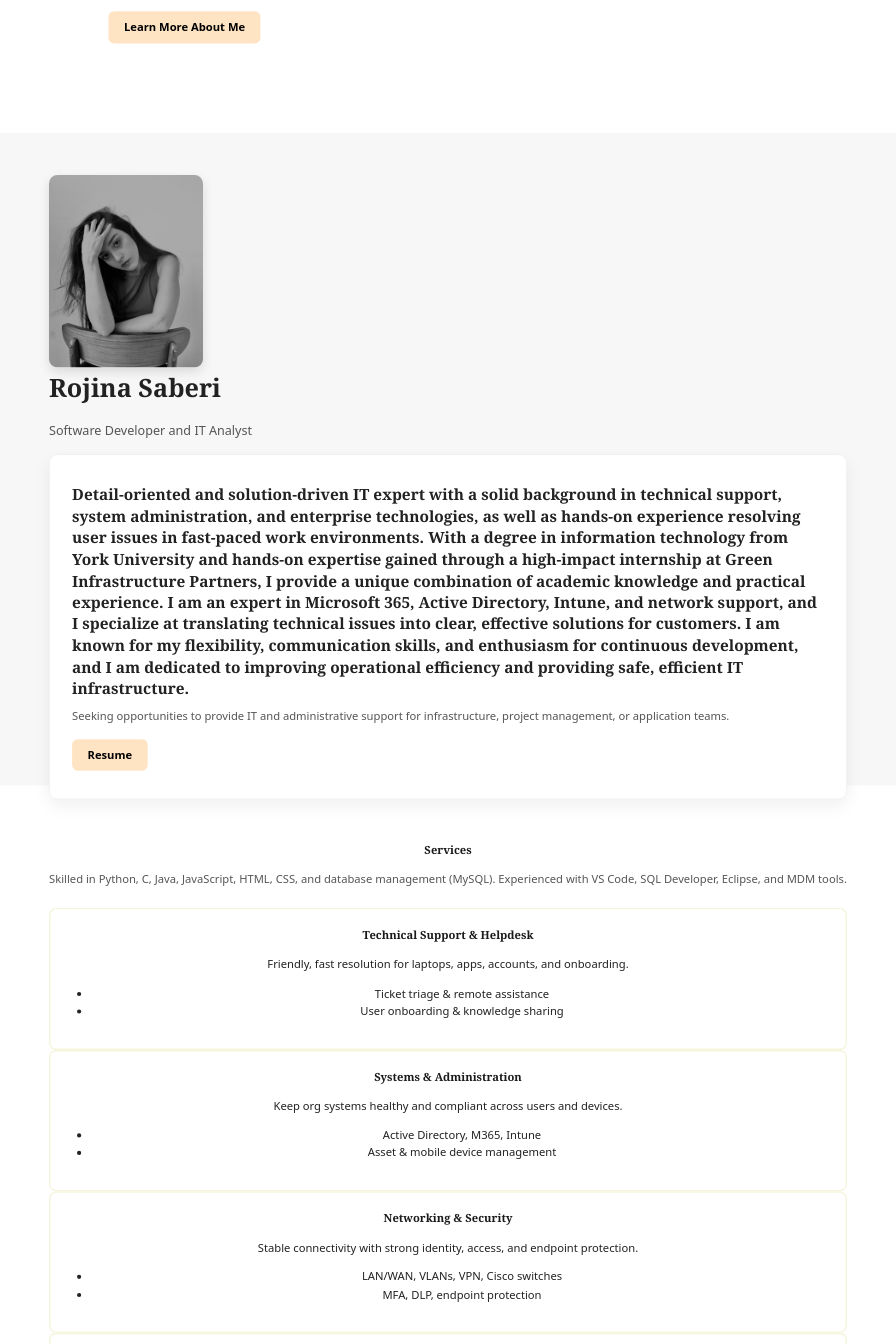
Repository: rozhinasaberi/MyPortfolio
Page: / (app in client/)
An editor plug-in stored every save of this project. The page is shown before and after the next save, followed by the edit.
The browser window is 1280 px wide. The pictures show the part of the page from y = 460 to 2380 px (the page is 5361 px tall before and 5401 px after), at 70% of full size.
The project was rebuilt for these pictures with package versions that can differ from the ones it lists, and the page was loaded fresh each time.

Above is the page before, as saved 2025-09-17 06:30:55.

### client/index.html
<!doctype html>
<html lang="en">
  <head>
    <meta charset="UTF-8" />
    <link rel="icon" type="image/svg+xml" href="/vite.svg" />
    <meta name="viewport" content="width=device-width, initial-scale=1.0" />
    <title>Vite + React</title>
  </head>
  <body>
    <div id="root"></div>
    <script type="module" src="/src/main.jsx"></script>
    <script src="https://cdn.jsdelivr.net/npm/bootstrap@5.2.3/dist/js/bootstrap.bundle.min.js" crossorigin="anonymous"></script>

  </body>
</html>

### client/src/main.jsx
import React from "react";
import ReactDOM from "react-dom/client";
import App from "./App.jsx";
import "./App.css"; // ✅ make sure CSS is loaded

ReactDOM.createRoot(document.getElementById("root")).render(
  <React.StrictMode>
    <App />
  </React.StrictMode>
);

### client/src/App.jsx
import React from "react";
import logo from "./assets/logo.png";
import photo from "./assets/photo.jpg";
import "./App.css";
import shop from "./assets/shop.png";
import bloodbank from "./assets/bloodbank.png";
import price from "./assets/price.png";


export default function App() {
  return (
    <>
      {/* ===== Navbar ===== */}
      <header id="header" className="fixed-top">
        <nav className="navbar container">
          {/* Logo */}
          <a href="#home" className="navbar-brand d-flex align-items-center gap-2">
            <img src="src/assets/logo.png" alt="Rojina Logo" style={{ height: 40 }} />
            <span className="brand-text"></span>
          </a>

          <ul className="nav ms-auto">
            <li className="nav-item"><a className="nav-link" href="#home">Home</a></li>
            <li className="nav-item"><a className="nav-link" href="#about">About Me</a></li>
            <li className="nav-item"><a className="nav-link" href="#services">Services</a></li>
            <li className="nav-item"><a className="nav-link" href="#projects">Projects</a></li>
            <li className="nav-item"><a className="nav-link" href="#form">Contact</a></li>
          </ul>
        </nav>
      </header>

      {/* ===== Hero Section ===== */}
      <section id="home" className="home">
        <div className="container h-100">
          <div className="row h-100 hero-row">
            {/* Photo Left */}
            <div className="container">
    <h1>Welcome to My Portfolio</h1>
    <p className="lead">
      Hi, I’m <strong>Rojina Saberi</strong>. I want to contribute my abilities to a forward thinking firm that values innovation, cooperation, and growth.
    </p>
    <p className="mission"> My mission is to leverage technology to create impactful, efficient, and meaningful digital experiences.

    </p>
    <a href="#about" className="btn btn-visitpage">
      Learn More About Me
    </a>
  </div>
          </div>
        </div>
      </section>
      <section id="home" className="home-section text-center">

</section>

{/* ABOUT Section */}
<section id="about" className="aboutsection about-stack">
  <div className="container">
    <div className="about-stack-inner">
      {/* Photo TOP */}
      <img src="src/assets/photo.jpg" alt="Rojina" className="hero-photo" />

      {/* Name */}
      <h1 className="hero-title">Rojina Saberi</h1>

      {/* Short subtitle */}
      <p className="hero-subtitle">Software Developer and IT Analyst</p>

      {/* Socials */}
      <div className="list-social">
        <a href="#"><i className="bi bi-facebook"></i></a>
        <a href="#"><i className="bi bi-twitter"></i></a>
        <a href="https://www.linkedin.com/in/rojinasaberi/"><i className="bi bi-linkedin"></i></a>
      </div>
    </div>

    {/* About container below profile */}
    <div className="about-container">
      <h2>
      Detail-oriented and solution-driven IT expert with a solid background in technical support, system administration, and enterprise
technologies, as well as hands-on experience resolving user issues in fast-paced work environments. With a degree in information
technology from York University and hands-on expertise gained through a high-impact internship at Green Infrastructure
Partners, I provide a unique combination of academic knowledge and practical experience. I am an expert in Microsoft 365,
Active Directory, Intune, and network support, and I specialize at translating technical issues into clear, effective solutions for
customers. I am known for my flexibility, communication skills, and enthusiasm for continuous development, and I am dedicated
to improving operational efficiency and providing safe, efficient IT infrastructure.
      </h2>
      <p>
        Seeking opportunities to provide IT and administrative support for infrastructure,
        project management, or application teams.
      </p>
      <a href="src/assets/Rojina-Saberi.pdf (1).pdf" className="btn-visitpage">Resume</a>
    </div>
  </div>
</section>



      {/* ===== Skills Section ===== */}
      <section id="services" className="Servicesection">
        <div className="container text-center">
          <h4 className="h4-heading">Services</h4>
          <p className="p-heading">
            Skilled in Python, C, Java, JavaScript, HTML, CSS, and database management (MySQL).
            Experienced with VS Code, SQL Developer, Eclipse, and MDM tools.
          </p>

          <div className="row g-3">
            <div className="col-md-3"><div className="text-box"><h4>Technical Support & Helpdesk</h4><p>Friendly, fast resolution for laptops, apps, accounts, and onboarding.</p>
          <ul>
            <li>Ticket triage & remote assistance</li>
            <li>User onboarding & knowledge sharing</li>
          </ul></div></div>
            <div className="col-md-3"><div className="text-box"><h4>Systems & Administration</h4> <p>Keep org systems healthy and compliant across users and devices.</p>
          <ul>
            <li>Active Directory, M365, Intune</li>
            <li>Asset & mobile device management</li>
          </ul></div></div>
            <div className="col-md-3"><div className="text-box"><h4>Networking & Security</h4><p>Stable connectivity with strong identity, access, and endpoint protection.</p>
          <ul>
            <li>LAN/WAN, VLANs, VPN, Cisco switches</li>
            <li>MFA, DLP, endpoint protection</li>
          </ul></div></div>
            <div className="col-md-3"><div className="text-box"><h4>Data & Cloud </h4><p>Backups, BI, and cloud services to keep your data useful and safe.</p>
          <ul>
            <li>Azure/AWS/GCP basics, VMware</li>
            <li>Backups, security, and BI dashboards</li>
          </ul></div></div>
          <div className="col-md-3"><div className="text-box"><h4>Software Development</h4><p>From scripts to web apps with clean APIs and secure data access.</p>
          <ul>
            <li>Python, Java, JavaScript (React/Node)</li>
            <li>MySQL/Oracle/MongoDB, REST APIs</li>
          </ul></div></div>
          <div className="col-md-3"><div className="text-box"><h4>Networking & Security</h4><p>Stable connectivity with strong identity, access, and endpoint protection.</p>
          <ul>
            <li>LAN/WAN, VLANs, VPN, Cisco switches</li>
            <li>MFA, DLP, endpoint protection</li>
          </ul></div></div>
          <div className="col-md-3"><div className="text-box"><h4>Documentation & Process</h4><p>Clear docs and Agile habits so teams move quickly and consistently.</p>
          <ul>
            <li>Runbooks, SOPs, A/B fixes & retros</li>
            <li>JIRA, ServiceNow, Notion, MS Project</li>
          </ul></div></div>

          </div>
        </div>
      </section>

      {/* ===== Projects Section ===== */}
      <section id="projects" className="Projectsection">
  <div className="container">
    <h2 className="h2-heading">Delivered Projects</h2>
    <p className="p-heading">Here are some of the projects I’ve worked on, with my role and the outcomes.</p>

    <div className="row g-4">
      {/* Project 1 */}
      <div className="col-lg-4 col-md-6">
        <div className="card project-card">
          <img src={shop} className="card-img-top" alt="Sticker Shop" />
          <div className="card-body">
            <h5 className="card-title">Online Shop for Emily's Stickers</h5>
            <p className="card-text">
              <strong>My Role:</strong> Designed and coded the frontend using HTML/CSS.
              <br />
              <strong>Outcome:</strong> Delivered a fully functional static site for product browsing.
            </p>
            <a href="https://rozhinasaberi.github.io/ITEC3020a1/" className="btn btn-visitpage">Visit Shop</a>
          </div>
        </div>
      </div>

      {/* Project 2 */}
      <div className="col-lg-4 col-md-6">
        <div className="card project-card">
          <img src={bloodbank} className="card-img-top" alt="Blood Bank" />
          <div className="card-body">
            <h5 className="card-title">Blood Bank Management System</h5>
            <p className="card-text">
              <strong>My Role:</strong> Gathered requirements, created UML diagrams, and managed Agile sprints.
              <br />
              <strong>Outcome:</strong> Produced system documentation and functional specifications.
            </p>
            <a href="src/assets/Project_07_Full Plan_WomenInTech.docx.pdf" className="btn btn-visitpage">Download Project</a>
          </div>
        </div>
      </div>

      {/* Project 3 */}
      <div className="col-lg-4 col-md-6">
        <div className="card project-card">
          <img src={price} className="card-img-top" alt="McDonald's Data Analysis" />
          <div className="card-body">
            <h5 className="card-title">Consumer Preferences & Pricing Strategies</h5>
            <p className="card-text">
              <strong>My Role:</strong> Data cleaning, clustering, and Python UI design.
              <br />
              <strong>Outcome:</strong> Delivered insights on pricing strategies using classification models.
            </p>
            <a href="src/assets/ITEC 4230 Report.pdf" className="btn btn-visitpage">Download Report</a>
          </div>
        </div>
      </div>
    </div>
  </div>
</section>


      {/* ===== Contact Section ===== */}
      <section id="form">
        <div className="container">
          <h2 className="text-center mb-4">Let’s be in touch!</h2>
          <form onSubmit={(e) => e.preventDefault()} className="mx-auto" style={{ maxWidth: 720 }}>
            <div className="mb-3">
              <label htmlFor="fname" className="form-label">First Name</label>
              <input type="text" className="form-control" id="fname" placeholder="Your name.." />
            </div>
            <div className="mb-3">
              <label htmlFor="lname" className="form-label">Last Name</label>
              <input type="text" className="form-control" id="lname" placeholder="Your last name.." />
            </div>
            <div className="mb-3">
              <label htmlFor="country" className="form-label">Country</label>
              <select id="country" className="form-select" defaultValue="canada">
                <option value="canada">Canada</option>
                <option value="uk">UK</option>
                <option value="usa">USA</option>
              </select>
            </div>
            <div className="mb-3">
              <label htmlFor="subject" className="form-label">Message</label>
              <textarea id="subject" className="form-control" placeholder="Write something.." rows="5"></textarea>
            </div>
            <button type="submit" className="btn btn-visitpage">Send</button>
          </form>
        </div>
      </section>
    </>
  );
}

### client/src/App.css

:root {
  --header-h: 70px;
  --accent: bisque;
  --text: #222;
  --muted: #555;
  --bg: #fff;
  --bg-soft: #f7f7f7;
  --bg-alt: #fafafa;
}

* { box-sizing: border-box; }
html, body { height: 100%; }

body {
  margin: 0;
  font-family: "Poppins", system-ui, -apple-system, Segoe UI, Roboto, Arial, sans-serif;
  color: var(--text);
  background: var(--bg);
  line-height: 1.6;
  padding-top: var(--header-h);
}

h1, h2, h3, h4 {
  font-family: "Playfair Display", Georgia, serif;
  color: #1a1a1a;
  margin: 0 0 .5rem 0;
}

.container { max-width: 1140px; }

 /* Header and Navbar*/
#header {
  position: fixed;
  top: 0; left: 0; right: 0;
  height: var(--header-h);
  background: var(--accent);
  display: flex;
  align-items: center;
  z-index: 1000;
  box-shadow: 0 2px 8px rgba(0,0,0,.08);
}

.logo img {
  max-height: 40px; }

.navbar ul {

  margin: 0; padding: 0;
  list-style: none;
  display: flex; align-items: center; gap: 18px;
}

.navbar a, .nav-link {

  margin-left: 20px;
  text-decoration: none;
  font-size: 14px;
  font-weight: 600;
  color: #444 !important;
  transition: color .2s ease;
}
.navbar a:hover { color: #000 !important; }

/*  Home and headshot */
.home {

  display: flex;
  min-height: 100vh;
  align-items: center;
  justify-content: center;


}
.home-section {
  background: #fafafa;
  margin-top: -100px;

}

.home-section h1 {
  font-size: 36px;
  margin-bottom: 16px;
  color: #222;
}

.home-section .lead {
  font-size: 18px;
  color: #555;
  margin-bottom: 20px;
}

.home-section .mission {
  font-size: 16px;
  font-style: italic;
  color: #444;
  margin-bottom: 30px;
}

.home-section .btn-visitpage {
  background: bisque;
  border-radius: 8px;
  padding: 12px 24px;
  font-weight: bold;
}
 /* headshot */
.hero-photo {
  max-width: 220px;
  width: 100%;
  height: auto;
  border-radius: 12px;
  margin: 20 auto 20px auto;
  display: block;
  object-fit: cover;
  box-shadow: 0 6px 16px rgba(0,0,0,.12);
}


.hero-title {
  font-size: clamp(28px, 4vw, 36px);
  font-weight: 700;
  color: #222;
  margin-bottom: 8px;
}
.hero-subtitle {
  font-size: 18px;
  color: #555;
  margin-bottom: 20px;
}


.list-social { display: flex; gap: 14px; }
.list-social a {
  font-size: 20px;
  color: #333 !important;
  text-decoration: none;
}
.list-social a:hover { color: #000 !important; }

/*  About  */
.aboutsection {
  background: var(--bg-soft);
  min-height: 100vh;
  display: flex;
  align-items: center;
  justify-content: center;
  padding: 60px 0;
  margin-top: -140px;

}

.about-container {
  align-items: center;
  justify-content: center;

  background: #fff;
  border-radius: 12px;
  border: 1px solid #eee;
  box-shadow: 0 10px 24px rgba(0,0,0,.06);
  padding: 40px 32px;
  text-align: left;
}

.about-container h2 {
  font-size: clamp(18px, 2.5vw, 22px);
  color: #222;
  margin-bottom: 12px;
  line-height: 1.4;
}
.about-container p {
  margin: 0 0 18px 0;
  color: var(--muted);
  line-height: 1.7;
}



/* Button */
.btn-visitpage {
  display: inline-block;
  background: var(--accent);
  border: none;
  color: #000;
  font-weight: 600;
  padding: 10px 22px;
  border-radius: 8px;
  text-decoration: none;
  transition: background .2s ease, transform .05s ease;
}
.btn-visitpage:hover { background: #e6cfa9; }
.btn-visitpage:active { transform: scale(.98); }

/* Services */
.Servicesection {

  background: #fff;
  padding: 80px 0;
  min-height: 100vh;
  display: flex;
  align-items: center;
  justify-content: center;
  margin-top: -80px;

}
.Servicesection .h4-heading {
  text-align: center;
  margin-bottom: 8px;
}
.Servicesection .p-heading {
  text-align: center;
  margin-bottom: 28px;
  color: var(--muted);
}
.text-box {
  padding: 24px 16px;
  border: 2px solid beige;
  border-radius: 10px;
  background: #fff;
  text-align: center;
  height: 100%;
}

/* Projects */

 .Projectsection {
  display: flex;
  align-items: center;
  justify-content: center;
  background: #fafafa;
  margin-left: 25px;

}

.Projectsection .row {
  margin: 0 -12px;
}

.Projectsection .col-lg-4, .Projectsection .col-md-6 {
  padding: 0 12px;
  margin-bottom: 24px;
  margin-left: 25px;
}

.project-card {
  border: none;
  border-radius: 12px;
  overflow: hidden;
  background: #fff;
  box-shadow: 0 6px 16px rgba(0,0,0,.08);
  transition: transform .2s ease, box-shadow .2s ease;

}

.project-card:hover {
  transform: translateY(-5px);
  box-shadow: 0 10px 22px rgba(0,0,0,.12);
}


.Projectsection .card-img-top,
#Project .card-img-top {
max-width: 220px !important;
max-height: 220px !important;
width: auto !important;
height: auto !important;
object-fit: contain;
display: block;
margin: 10px auto;
padding: 4px;
background: #fff;
}



.project-card .card-body {
  padding: 20px;
  text-align: left;

}

.project-card .card-title {
  font-size: 18px;
  font-weight: 600;
  margin-bottom: 10px;
}

.project-card .card-text {
  font-size: 14px;
  color: #555;
  margin-bottom: 16px;
}

.project-card .btn-visitpage {
  background: bisque;
  border: none;
  padding: 8px 16px;
  font-size: 14px;
  border-radius: 6px;
  font-weight: 600;
  transition: background .2s ease;
}

.project-card .btn-visitpage:hover {
  background: #e6cfa9;
}


/*  Contact Form */
#form {
  background: #f7f7f7;
  padding: 80px 0;
  min-height: 100vh;
  display: flex;
  align-items: center;
  justify-content: center;
  margin-top: -80px;

}

#form .container {
  max-width: 900px;
  background: #fff;
  border-radius: 14px;
  border: 1px solid #eee;
  box-shadow: 0 8px 20px rgba(0,0,0,.06);
  padding:  100px;
}
#form .row {
  display: flex;
  flex-direction: column;
  gap: 16px;
}

#form .item-form,
#form .subject-form {
  width: 100%;
  margin: 0;
}

#form input[type="text"],
#form select,
#form textarea {
  width: 100%;
  display: block;
}
#form h2 {
  font-family: "Playfair Display", Georgia, serif;
  font-size: clamp(22px, 3vw, 32px);
  text-align: center;
  margin-bottom: 20px;
  color: #222;
}

#form p {
  text-align: center;
  color: #666;
  margin-bottom: 30px;
}

#form .form-label {
  font-weight: 600;
  margin-bottom: 6px;
  color: #2b2b2b;
}

#form .form-control,
#form .form-select,
#form textarea {
  border: 1px solid #ccc;
  border-radius: 8px;
  padding: 12px;
  font-size: 14px;
  transition: border-color .2s ease, box-shadow .2s ease;
}

#form .form-control:focus,
#form .form-select:focus,
#form .form-select:focus {
  outline: none;
  border-color: #c9a873;
  box-shadow: 0 0 0 4px rgba(201,168,115,.15);
}

#form .contact-actions {
  margin-top: 20px;
  text-align: right;
}

#form .btn-visitpage {
  background: bisque;
  color: #000;
  font-weight: 600;
  border-radius: 8px;
  padding: 10px 22px;
  transition: background .2s ease, transform .05s ease;
}

#form .btn-visitpage:hover {
  background: #e6cfa9;
}
#form .btn-visitpage:active {
  transform: scale(.98);
}

After the next save:
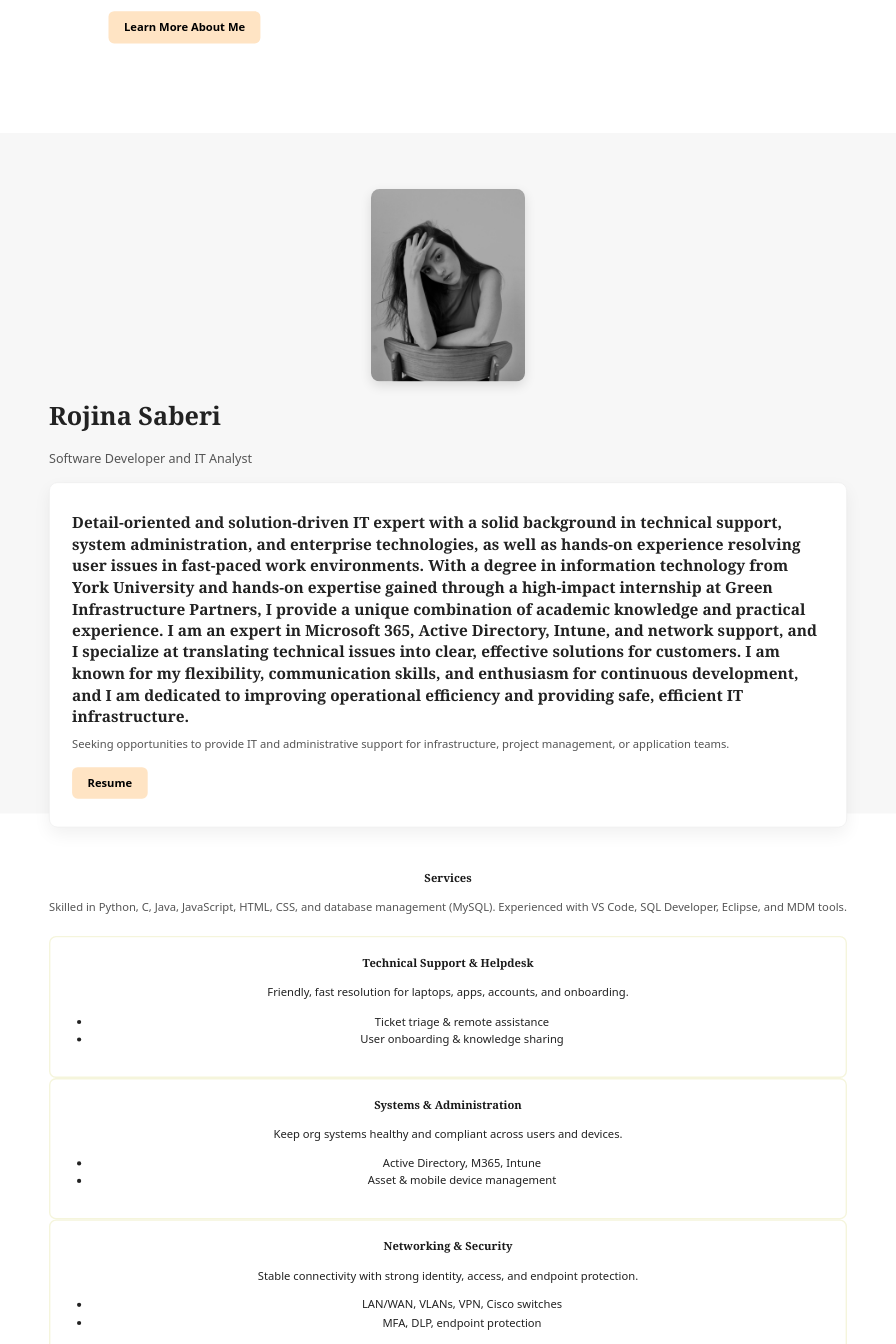
Saved 6 min 8 s later.
--- a/client/src/App.css
+++ b/client/src/App.css
@@ -109,7 +109,7 @@ h1, h2, h3, h4 {
   width: 100%;
   height: auto;
   border-radius: 12px;
-  margin: 20 auto 20px auto;
+  margin: 20px auto;
   display: block;
   object-fit: cover;
   box-shadow: 0 6px 16px rgba(0,0,0,.12);
@@ -223,11 +223,10 @@ h1, h2, h3, h4 {
 /* Projects */
 
  .Projectsection {
-  display: flex;
-  align-items: center;
+
   justify-content: center;
   background: #fafafa;
-  margin-left: 25px;
+
 
 }
 
@@ -238,7 +237,7 @@ h1, h2, h3, h4 {
 .Projectsection .col-lg-4, .Projectsection .col-md-6 {
   padding: 0 12px;
   margin-bottom: 24px;
-  margin-left: 25px;
+
 }
 
 .project-card {
